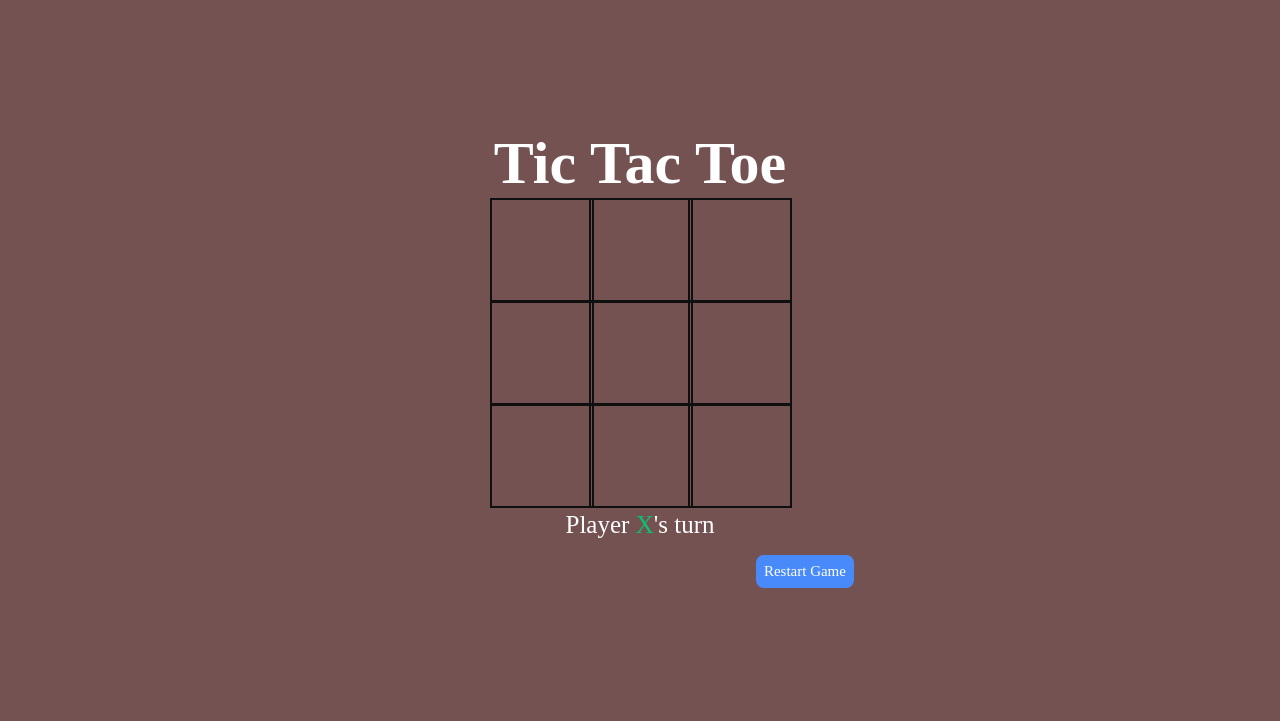
Repository: sedashahnazaryan/tic-tac-too
Page: index.html
These files come from the project's save history. The page is drawn as it stood at one moment and after a run of saves; the edit follows.
The browser window is 1280 px wide. The pictures show the whole page.

Above is the page before, as saved 2022-02-01 00:04:08.

After the next 2 saves:
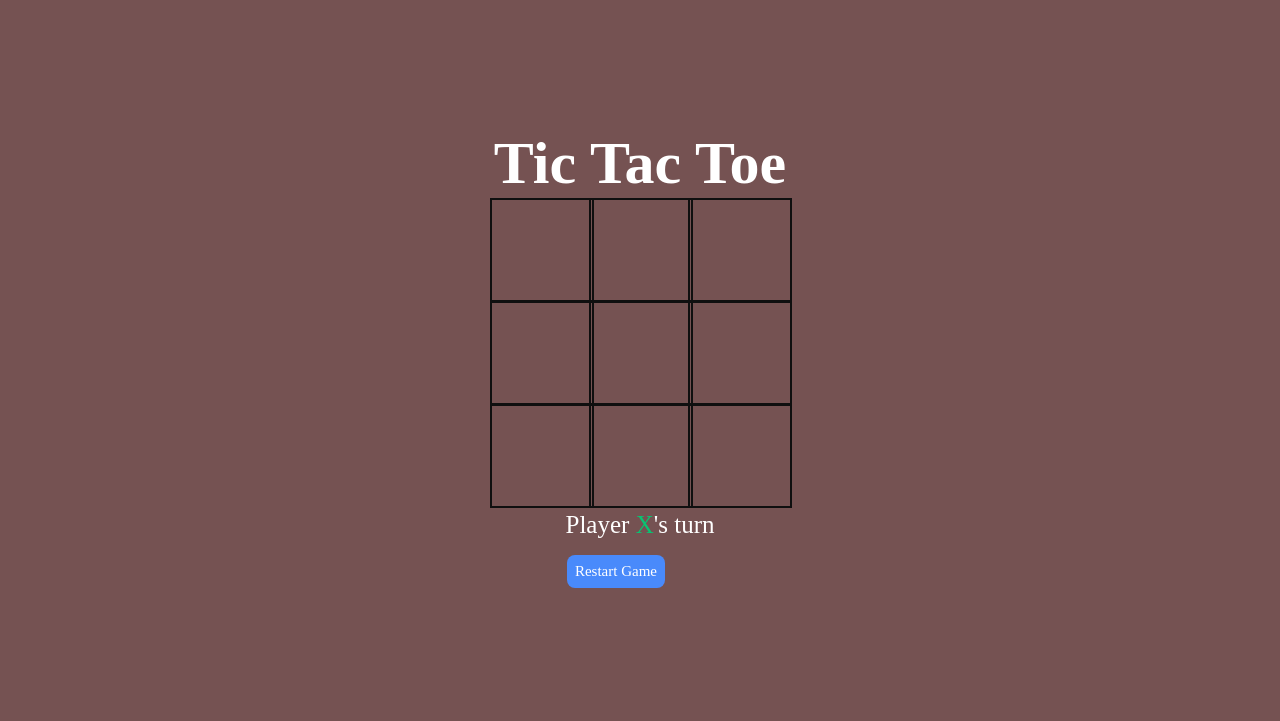
The 2 saves are shown as one change because they came seconds apart.
The last was saved 12 s later.
--- a/index.css
+++ b/index.css
@@ -63,7 +63,7 @@
     border-radius: 8px;
     border: none;
     font-size: 15px;
-    margin-left: 20cm;
+    margin-left: 15cm;
     cursor: pointer;
 
 }
